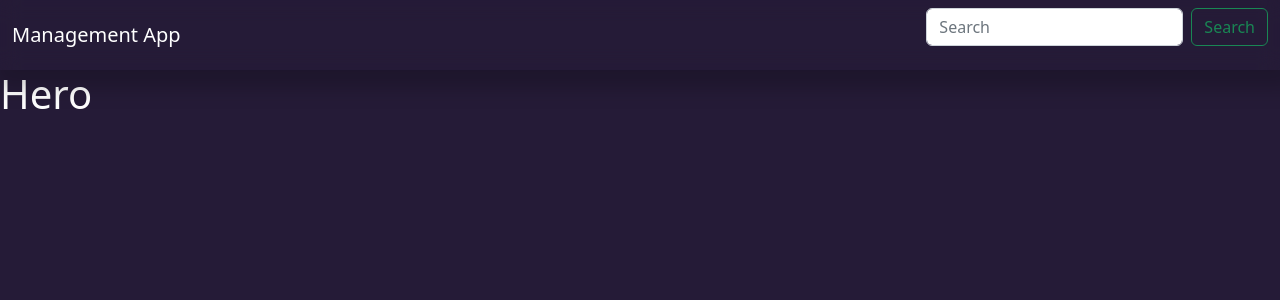
Repository: iamevs/Employee-Management-System
Page: / (app in client/)
These files come from the project's save history. The page is drawn as it stood at one moment and after the next save; the edit follows.
The browser window is 1280 px wide. The pictures show the whole page.
The project was rebuilt for these pictures with package versions that can differ from the ones it lists, and the page was loaded fresh each time. Also part of the build but not shown: client/vite.config.js, client/src/App.css, client/src/components/Home.jsx, client/src/components/Register.jsx, client/src/components/Edit.jsx. Imported but missing from the stored project, and not drawn on this page: client/src/components/Details.

Above is the page before, as saved 2022-11-28 23:17:37.

After the next save:
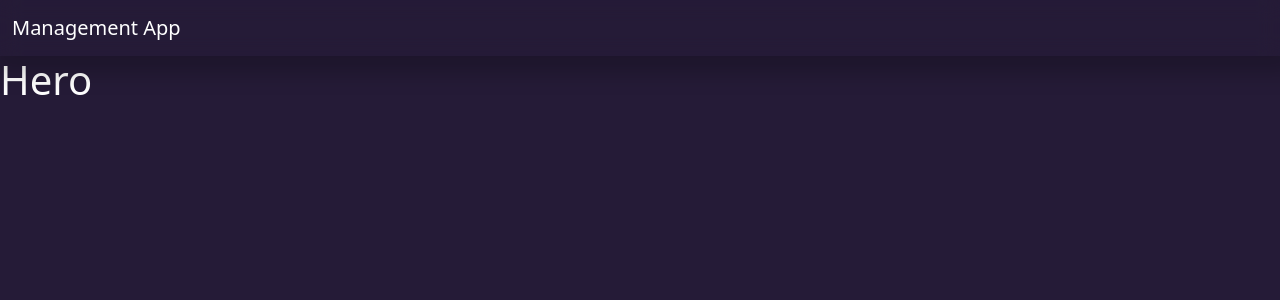
Saved 20 s later.
--- a/client/src/components/Navbar.jsx
+++ b/client/src/components/Navbar.jsx
@@ -22,10 +22,10 @@ const Navbar = () => {
                         <ul className="navbar-nav me-auto mb-2 mb-lg-0">
 
                         </ul>
-                        <form className="d-flex">
+                        {/* <form className="d-flex">
                             <input className="form-control me-2" type="search" placeholder="Search" aria-label="Search" />
                             <button className="btn btn-outline-success" type="submit">Search</button>
-                        </form>
+                        </form> */}
                     </div>
                 </div>
             </Box>
